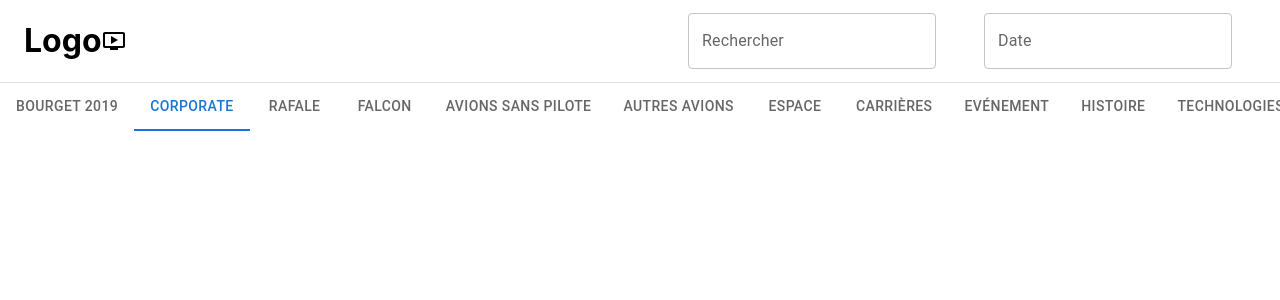
Repository: helmiz02/newproj
Page: /
The author's editor kept a copy of each file at every save. The page is drawn from the files as they stood at one save, then again after the next save.
The browser window is 1280 px wide. The pictures show the whole page.
The project was rebuilt for these pictures with package versions that can differ from the ones it lists, and the page was loaded fresh each time. Also part of the build but not shown: src/App.css.

Above is the page before, as saved 2022-02-21 11:08:16.

After the next save:
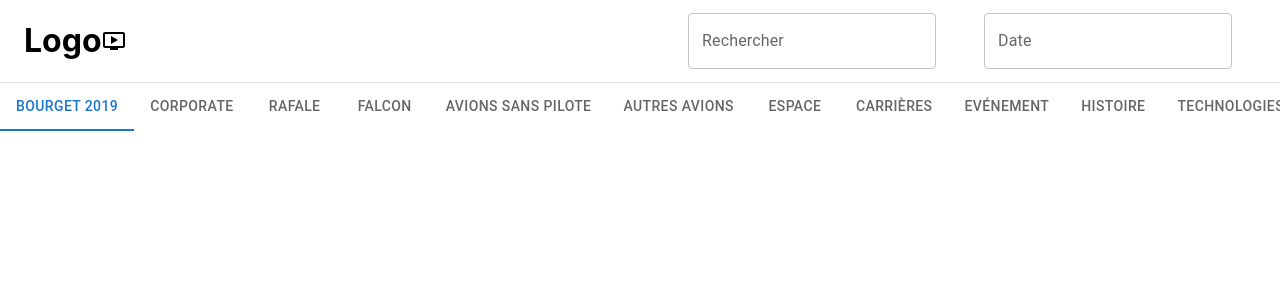
Saved 24 s later.
--- a/src/component/videos/tabsComponent.js
+++ b/src/component/videos/tabsComponent.js
@@ -4,7 +4,7 @@ import Tabs from '@mui/material/Tabs';
 import Tab from '@mui/material/Tab';
 import themes from "../../utils/themes.json"
 export default function TabsComponent({setThemeID}) {
-  const [value, setValue] = React.useState(1);
+  const [value, setValue] = React.useState(0);
   const handleChange = (event, newValue) => {
     setValue(newValue);
   };
